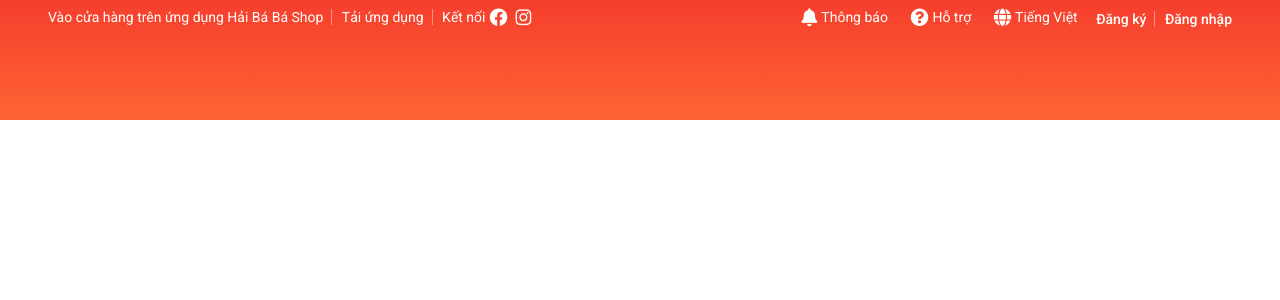
Repository: 0385246651/Shoppee-UI
Page: index.html
These files come from the project's save history. The page is drawn as it stood at one moment and after a run of saves; the edit follows.
The browser window is 1280 px wide. The pictures show the whole page.

Above is the page before, as saved 2022-11-04 10:02:46.

After the next 2 saves:
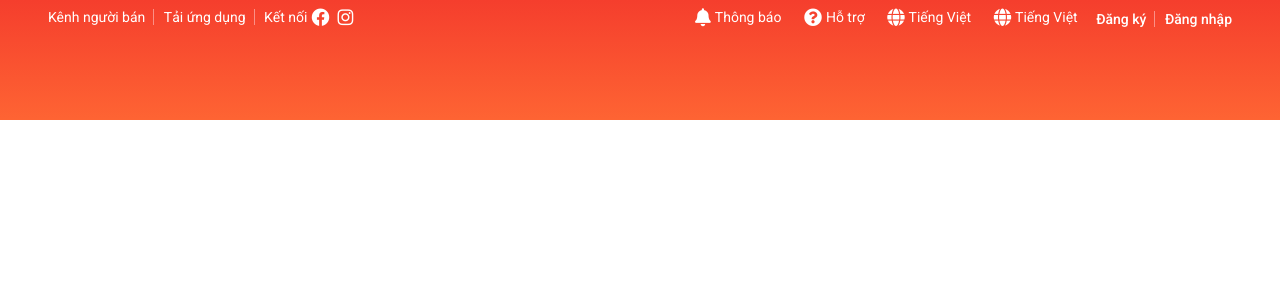
The 2 saves are shown as one change because they came seconds apart.
The last was saved 2 min 40 s later.
--- a/index.html
+++ b/index.html
@@ -28,7 +28,7 @@
                 <nav class="header__navbar">
                     <ul class="header__navbar-list">
                         <li class="header__navbar-item header__navbar-item--separate">
-                            Vào cửa hàng trên ứng dụng Hải Bá Bá Shop
+                            Kênh người bán
                         </li>
 
                         <li class="header__navbar-item header__navbar-item--separate">
@@ -70,6 +70,13 @@
                             </a>
                             Tiếng Việt
                         </li>
+                        <li class="header__navbar-item">
+                            <a href="" class="header__navbar-icon-link">
+                                <i class="header__navbar-icon fas fa-globe"></i>
+                            </a>
+                            Tiếng Việt
+                        </li>
+
                         <li class=" header__navbar-item header__navbar-item--strong header__navbar-item--separate">
                             Đăng ký
                         </li>
